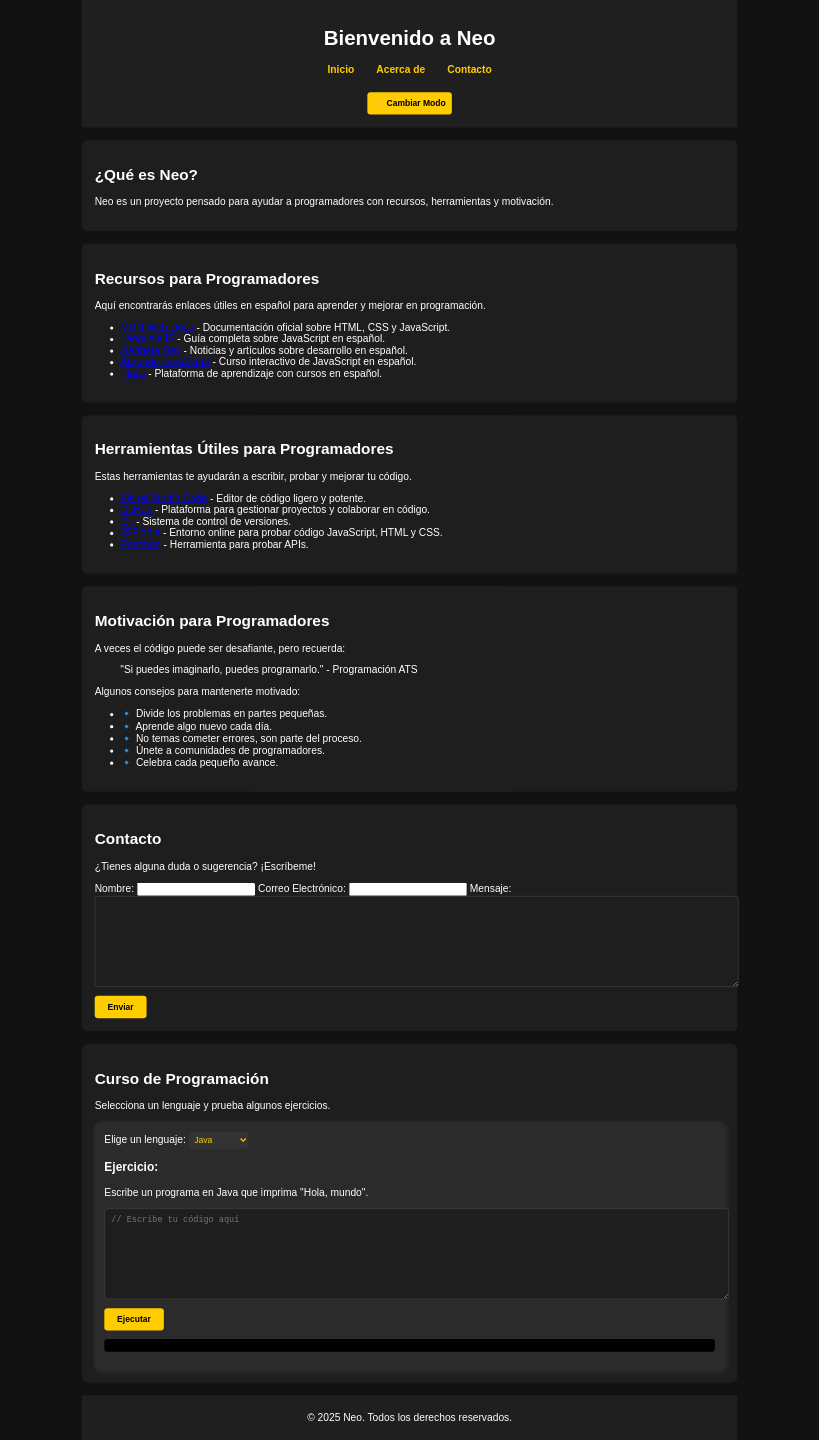
Repository: TapZc/getya_proyect
Page: index.html
These files come from the project's save history. The page is drawn as it stood at one moment and after the next save; the edit follows.
The browser window is 1280 px wide. The pictures show the whole page, at 64% of full size.

Above is the page before, as saved 2025-02-21 08:07:33.

After the next save:
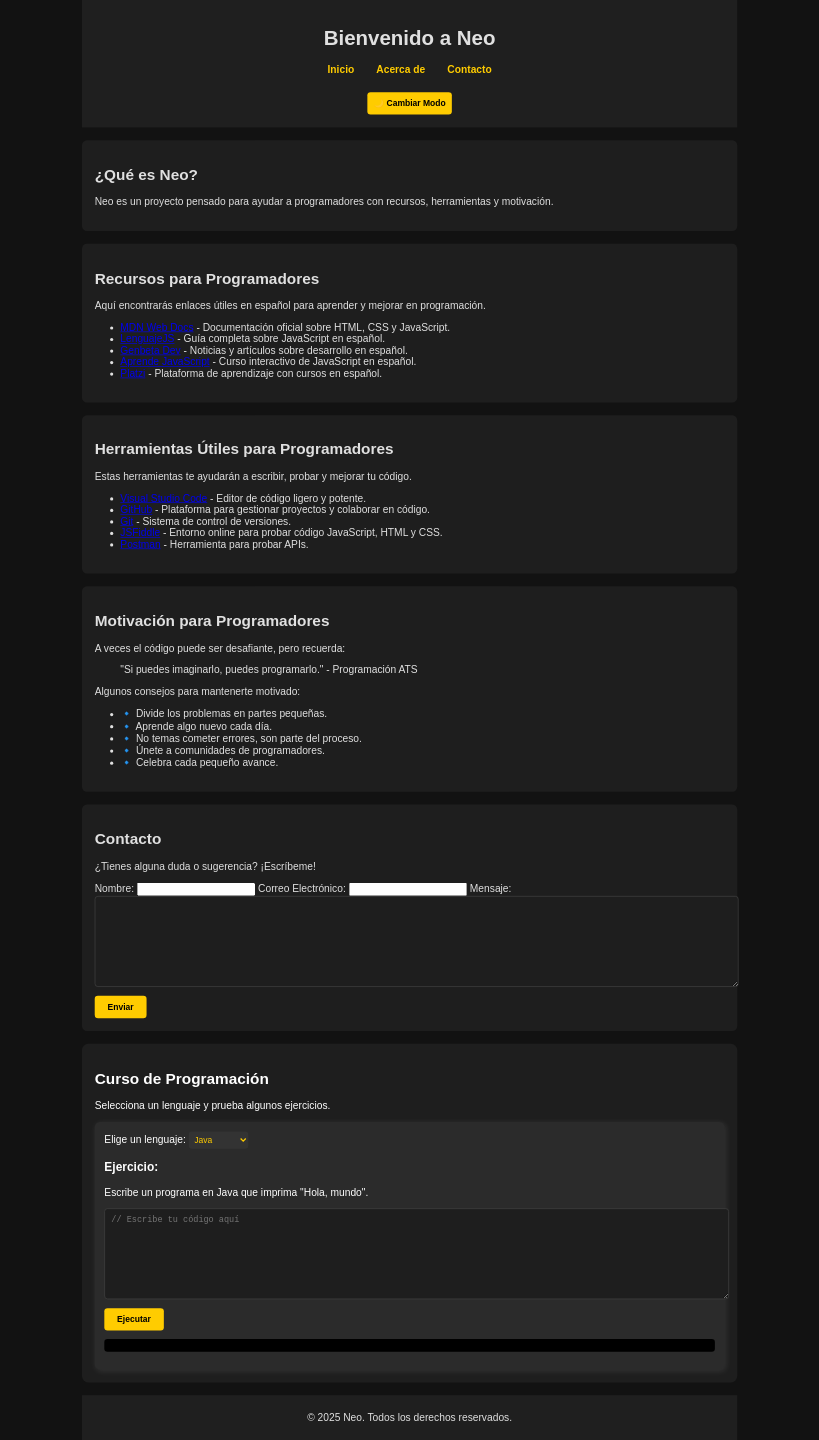
Saved 65 s later.
--- a/styles.css
+++ b/styles.css
@@ -1,10 +1,17 @@
 /* Estilos Generales */
 body {
     background-color: #121212; /* Fondo oscuro */
-    color: #e0e0e0; /* Texto en color claro */
+    color: #e0e0e0; /* Texto claro */
     font-family: Arial, sans-serif;
     margin: 0;
     padding: 0;
+    transition: background-color 0.3s, color 0.3s;
+}
+
+/* Modo Claro */
+body.claro {
+    background-color: white;
+    color: black;
 }
 
 /* Contenedor principal */
@@ -20,6 +27,11 @@ header {
     text-align: center;
 }
 
+.claro header, .claro section, .claro footer {
+    background: #f0f0f0;
+}
+
+/* Navegación */
 nav ul {
     list-style: none;
     padding: 0;
@@ -44,6 +56,10 @@ section {
     border-radius: 8px;
 }
 
+.claro section {
+    background: white;
+}
+
 /* Editor de Código */
 .curso-container {
     background: #2b2b2b;
@@ -52,6 +68,11 @@ section {
     box-shadow: 2px 2px 10px rgba(255, 255, 255, 0.1);
 }
 
+.claro .curso-container {
+    background: #f0f0f0;
+}
+
+/* Área de Texto */
 textarea {
     width: 100%;
     height: 120px;
@@ -61,6 +82,12 @@ textarea {
     border: 1px solid #444;
     padding: 10px;
     border-radius: 5px;
+}
+
+.claro textarea {
+    background: white;
+    color: black;
+    border: 1px solid #ccc;
 }
 
 /* Botón Ejecutar */
@@ -73,6 +100,7 @@ button {
     font-weight: bold;
     border-radius: 5px;
     margin-top: 10px;
+    transition: background 0.3s;
 }
 
 button:hover {
@@ -88,6 +116,11 @@ select {
     border-radius: 5px;
 }
 
+.claro select {
+    background: white;
+    color: black;
+}
+
 /* Resultado */
 pre {
     background: #000;
@@ -97,12 +130,12 @@ pre {
     font-family: monospace;
 }
 
-/* Footer */
-footer {
-    text-align: center;
-    padding: 10px;
-    background: #1f1f1f;
+.claro pre {
+    background: #ddd;
+    color: black;
 }
+
+/* Botón Modo Claro/Oscuro */
 #modo-btn {
     background: #ffcc00;
     color: #000;
@@ -118,69 +151,37 @@ footer {
 #modo-btn:hover {
     background: #ffaa00;
 }
-.claro {
-    background-color: #ffffff;
-    color: #333;
-}
-
-.claro header, .claro section, .claro footer {
-    background: #f0f0f0;
-}
-
-.claro textarea {
-    background: #fff;
-    color: #000;
-}
-
-.claro pre {
-    background: #ddd;
-    color: #000;
-}
 
 .claro #modo-btn {
     background: #444;
-    color: #fff;
+    color: white;
 }
 
 .claro #modo-btn:hover {
     background: #666;
 }
-/* Estilos generales */
-body {
-    background-color: #121212;
-    color: white;
-    transition: background-color 0.3s, color 0.3s;
-}
-
-/* Modo claro */
-body.claro {
-    background-color: white;
-    color: black;
-}
 
 /* Estilos específicos para la sección de cursos */
 #cursos {
-    background-color: #1e1e1e; /* Fondo oscuro por defecto */
+    background-color: #1e1e1e;
     color: white;
     padding: 20px;
     border-radius: 10px;
     transition: background-color 0.3s, color 0.3s;
 }
 
-body.claro #cursos {
-    background-color: #f0f0f0; /* Fondo claro */
+.claro #cursos {
+    background-color: white;
     color: black;
 }
-/* Estilos para la sección de cursos en modo oscuro */
-#cursos {
-    background-color: #1e1e1e; /* Fondo oscuro */
-    color: white; /* Texto en blanco */
-    padding: 20px;
-    border-radius: 10px;
+
+/* Footer */
+footer {
+    text-align: center;
+    padding: 10px;
+    background: #1f1f1f;
 }
 
-/* Estilos para la sección de cursos en modo claro */
-.claro #cursos {
-    background-color: white; /* Fondo blanco */
-    color: black; /* Texto en negro */
+.claro footer {
+    background: #f0f0f0;
 }
